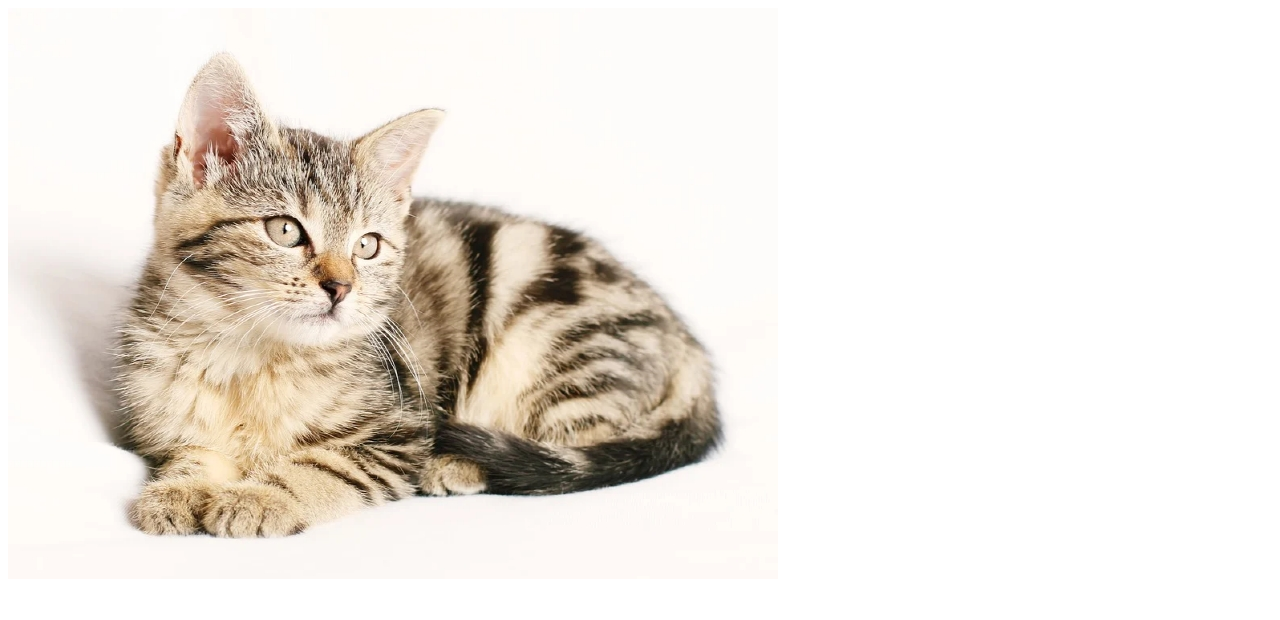
Repository: umhayun/myJSP
Page: HTML/src/main/webapp/image.html
The author's editor kept a copy of each file at every save. The page is drawn from the files as they stood at one save, then again after the next save.
The browser window is 1280 px wide. The pictures show the whole page.

Above is the page before, as saved 2022-01-17 08:52:06.

After the next save:
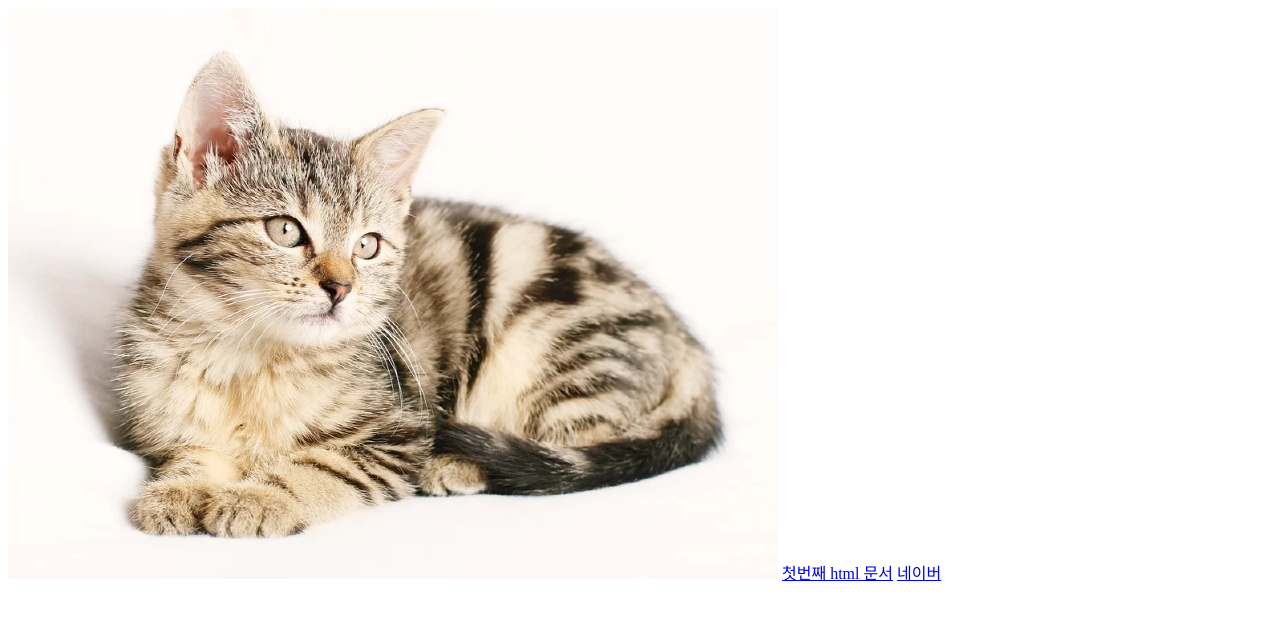
Saved 106 s later.
--- a/HTML/src/main/webapp/image.html
+++ b/HTML/src/main/webapp/image.html
@@ -8,5 +8,9 @@
 <!-- 페이지 이미지를 넣을 때, img태그 -->
 <!-- src-url 이미지 위치,alt="text" 이미지 로드 실패시 참조 -->
 <img src="cat.jpg" alt="고양이이미지">
+<!-- 다른 페이지로 이동할 때 , "a"태그 사용 -->
+<!--href 속성에 이동할 주소 입력 -->
+<a href="first.html">첫번째 html 문서</a>
+<a href="www.naver.com">네이버</a>
 </body>
 </html>
